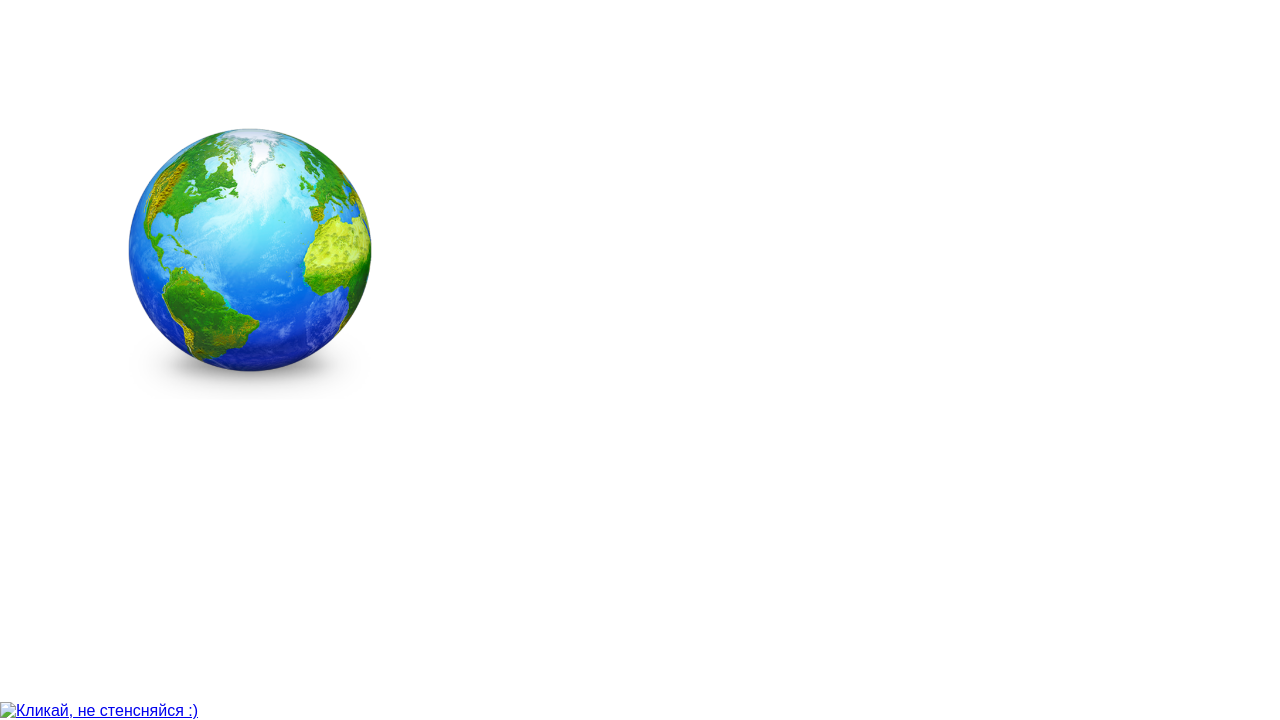
Repository: olallan/animation
Page: index.html
The author's editor kept a record of every edit. The page is drawn from the files as they stood at one moment, then again after the next edit.
The browser window is 1280 px wide. The pictures show the whole page.

Above is the page before.

After the next edit:
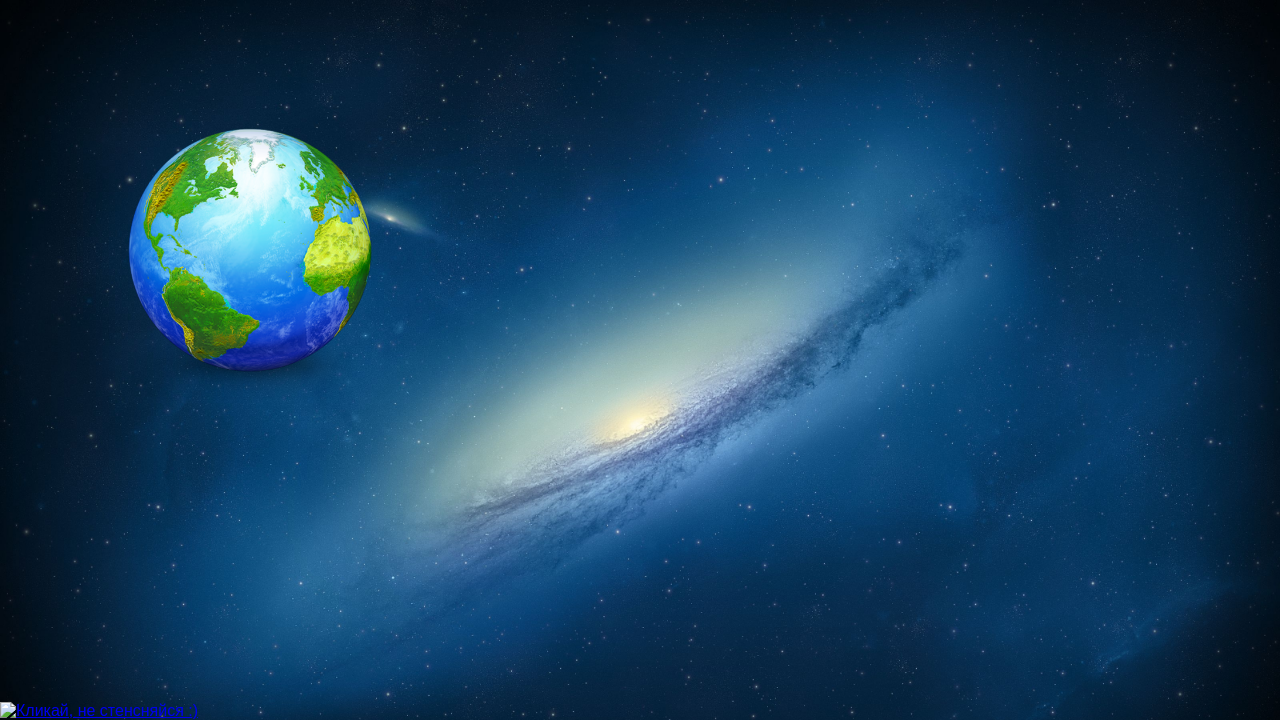
The edit:
--- a/style.css
+++ b/style.css
@@ -4,6 +4,8 @@
   margin: 0;
   padding: 0;
   font: 1em sans-serif;
+  background: url(images/cosmos.jpg);
+  background-size: cover;
 }
 
 .earth {
